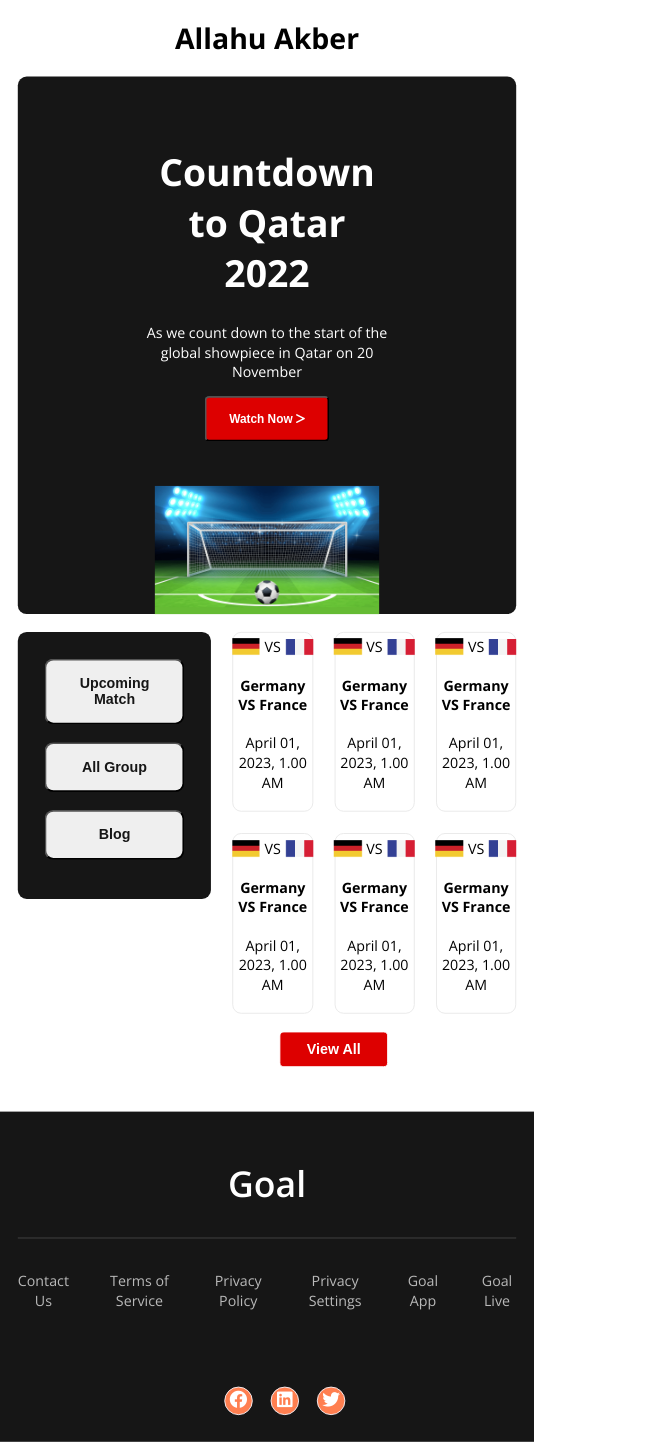
Repository: zjria/Qatar-world-cup
Page: match.html
The author's editor kept a copy of each file at every save. The page is drawn from the files as they stood at one save, then again after the next save.
The browser window is 600 px wide. The page is 750 px wide, so the pictures cover 750 px, including what lies to the right of the window. The pictures show the whole page, at 89% of full size.

Above is the page before, as saved 2022-09-10 11:11:15.

After the next save:
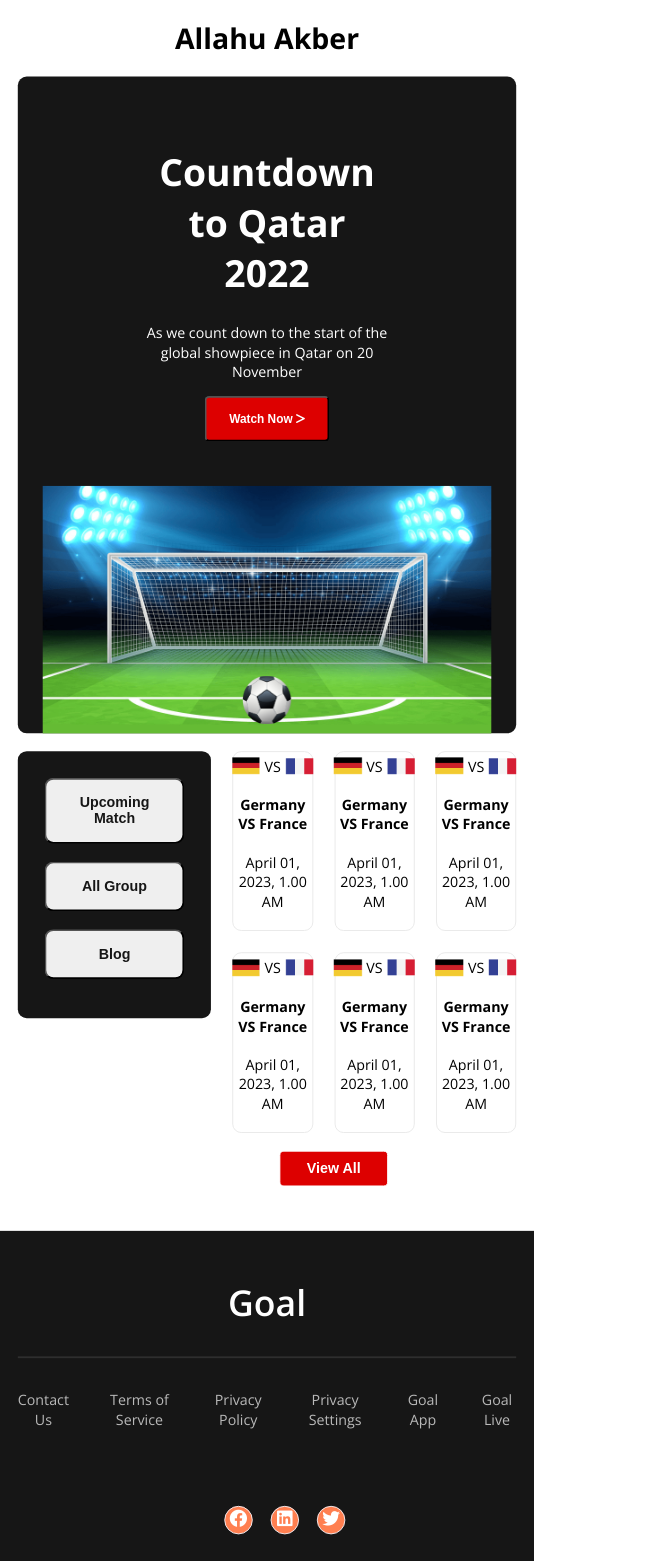
Saved 97 s later.
--- a/style.css
+++ b/style.css
@@ -308,4 +308,12 @@
         display: flex;
         margin-top: 38%;
     }
-}
+
+    .header-img {
+        background: url(images/goal-bar.png);
+        background-repeat: no-repeat;
+        background-position: center;
+        background-size: 90%;
+        width: 100%;
+    }
+}
